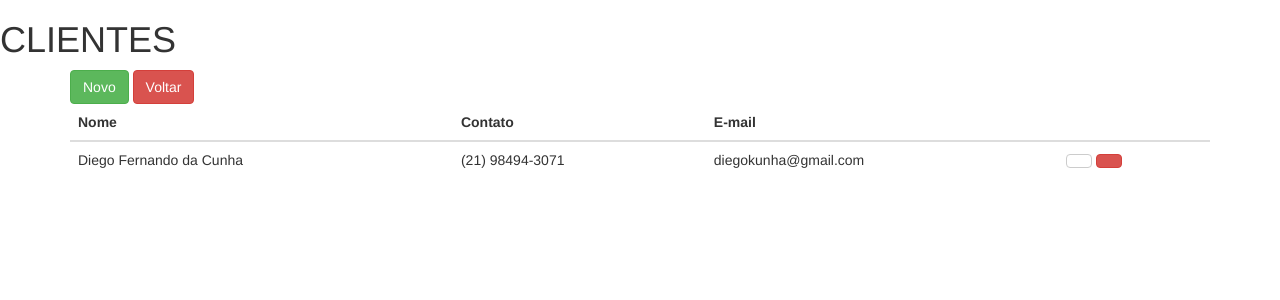
Repository: diegokunha/LojinhaGuru
Page: http://localhost/LojinhaGuru/clientes
An editor plug-in stored every save of this project. The page is shown before and after the next save, followed by the edit.
The browser window is 1280 px wide. The pictures show the whole page.
Some web libraries are served in a nearby version. The page is served by Tomcat 9. Other server files are loaded and not shown.

Above is the page before, as saved 2017-10-04 01:07:27.

### LojinhaGuru/WebContent/WEB-INF/views/jsp/clientes.jsp
<?xml version="1.0" encoding="utf-8" ?>
<%@ page language="java" contentType="text/html; charset=utf-8"
	pageEncoding="utf-8"%>
<!DOCTYPE html PUBLIC "-//W3C//DTD XHTML 1.0 Transitional//EN" "http://www.w3.org/TR/xhtml1/DTD/xhtml1-transitional.dtd">
<html xmlns="http://www.w3.org/1999/xhtml">
<head>
<meta http-equiv="Content-Type" content="text/html; charset=utf-8" />

<!-- Latest compiled and minified CSS -->
<link rel="stylesheet"
	href="https://maxcdn.bootstrapcdn.com/bootstrap/3.3.7/css/bootstrap.min.css" />

<!-- jQuery library -->
<script
	src="https://ajax.googleapis.com/ajax/libs/jquery/3.2.1/jquery.min.js"></script>

<!-- Latest compiled JavaScript -->
<script
	src="https://maxcdn.bootstrapcdn.com/bootstrap/3.3.7/js/bootstrap.min.js"></script>
<title>Insert title here</title>
</head>
<body>
	<h1>CLIENTES</h1>
	<div class="container">
		<form>

			<a href="adicionaCliente"><button type="button"
					class="btn btn-success">Novo</button></a> <a href="index"><button
					type="button" class="btn btn-danger">Voltar</button></a>

			<table class="table table-hover">
				<thead>
					<tr>
						<th>Nome</th>
						<th>Contato</th>
						<th>E-mail</th>
						<th></th>
					</tr>
				</thead>
				<tbody>
					<tr>
						<td>Diego Fernando da Cunha</td>
						<td>(21) 98494-3071</td>
						<td>diegokunha@gmail.com</td>
						<td>
							<button type="button" class="btn btn-default"><span class="glyphicon glyphicons-pen"></span></button>
							<button type="button" class="btn btn-danger"><span class="glyphicon glyphicons-remove-sign"></span></button>
						</td>
					</tr>
				</tbody>
			</table>
		</form>
	</div>
</body>
</html>

After the next save:
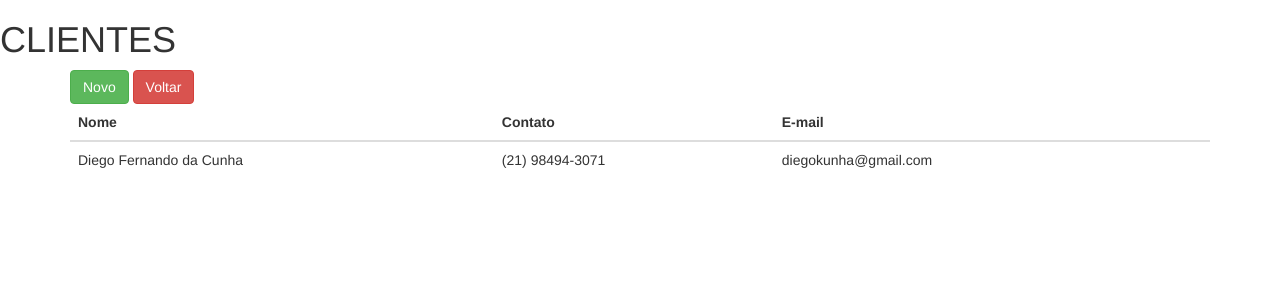
Saved 34 s later.
--- a/LojinhaGuru/WebContent/WEB-INF/views/jsp/clientes.jsp
+++ b/LojinhaGuru/WebContent/WEB-INF/views/jsp/clientes.jsp
@@ -43,8 +43,8 @@
 						<td>(21) 98494-3071</td>
 						<td>diegokunha@gmail.com</td>
 						<td>
-							<button type="button" class="btn btn-default"><span class="glyphicon glyphicons-pen"></span></button>
-							<button type="button" class="btn btn-danger"><span class="glyphicon glyphicons-remove-sign"></span></button>
+							<span class="glyphicon glyphicons-pen"></span>
+							<span class="glyphicon glyphicons-remove-sign"></span>
 						</td>
 					</tr>
 				</tbody>
